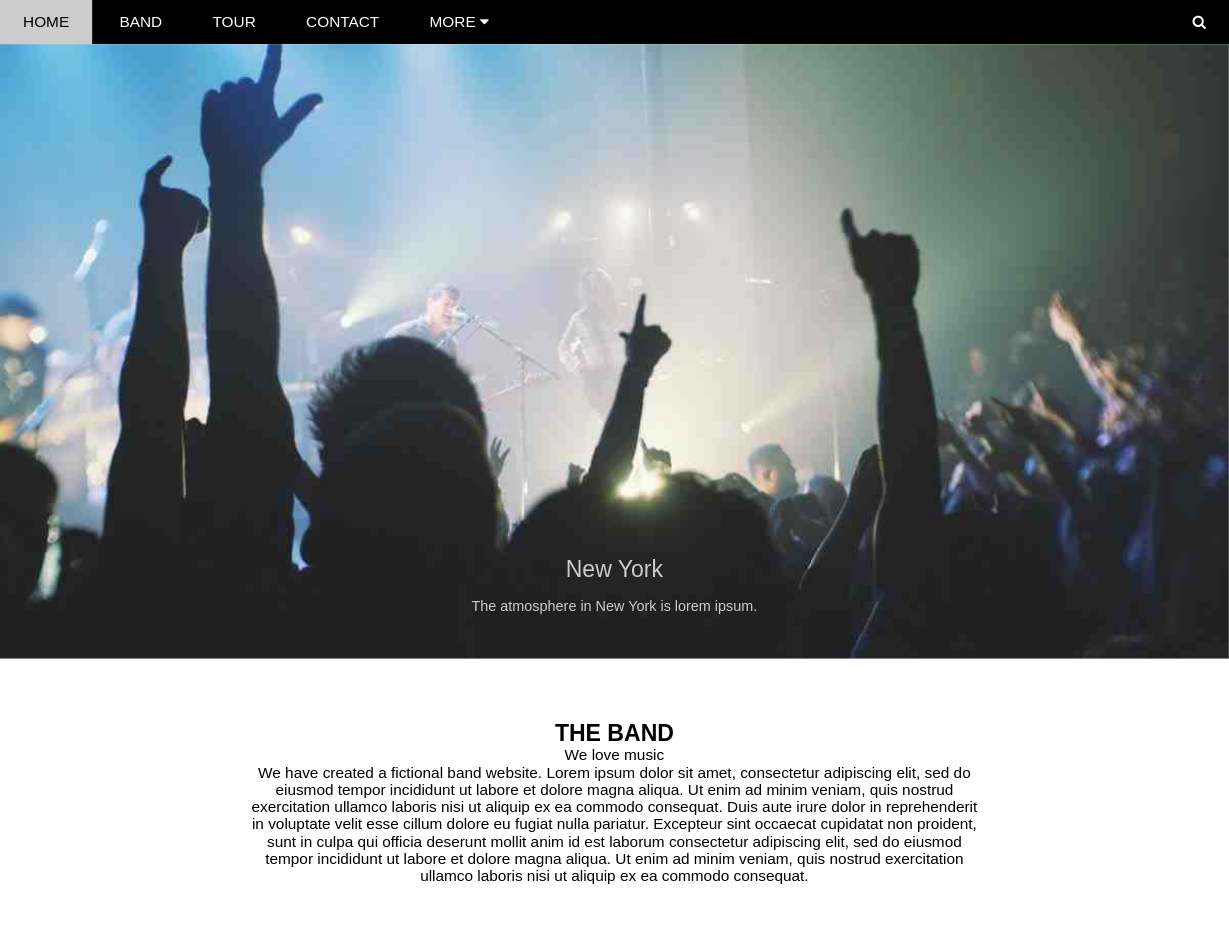
Repository: nguyenhoang2002062929/band
Page: index.html
An editor plug-in stored every save of this project. The page is shown before and after the next save, followed by the edit.
The browser window is 1280 px wide. The pictures show the whole page, at 96% of full size.

Above is the page before, as saved 2023-06-04 14:46:25.

After the next save:
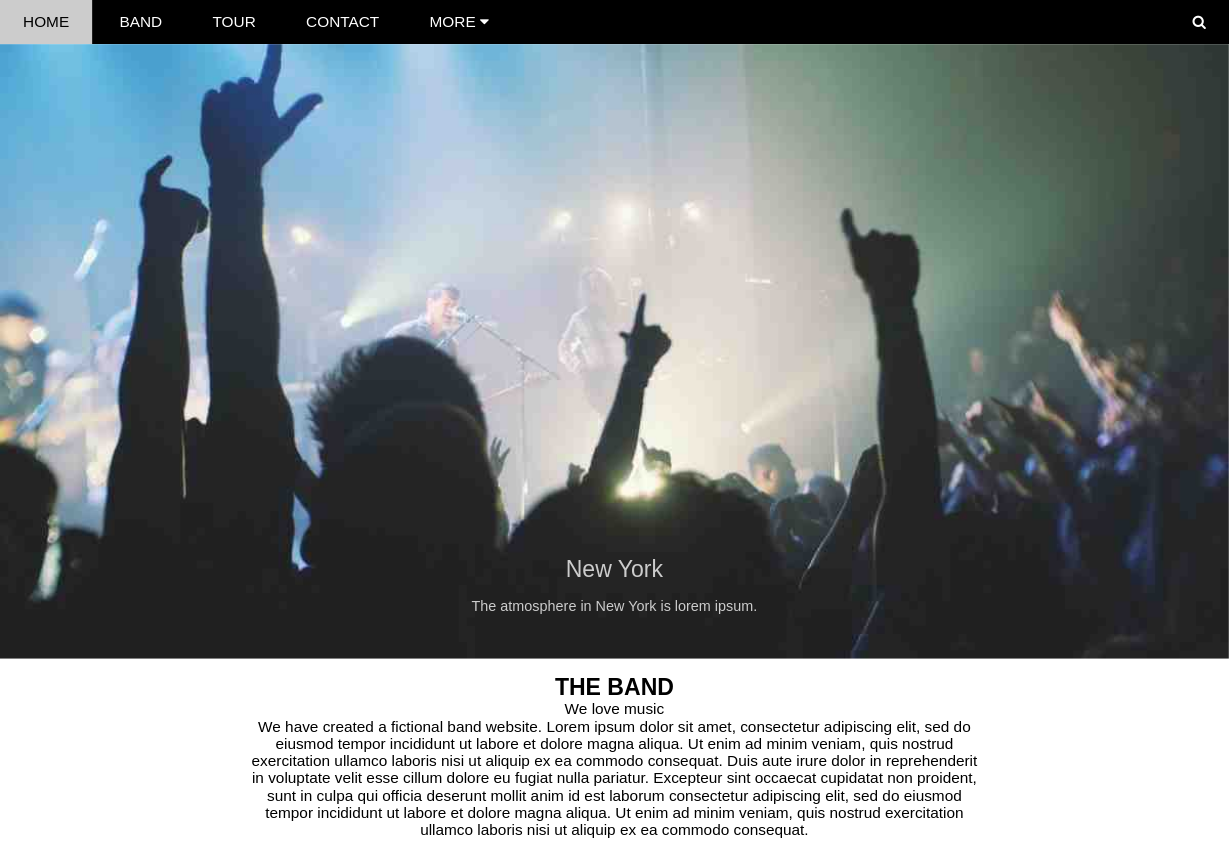
Saved 14 s later.
--- a/assets/css/style.css
+++ b/assets/css/style.css
@@ -96,7 +96,7 @@
     margin: 15px 0;
 }
 .about{
-    padding: 64px;
+    padding: 16px 64px;
 }
 .content-section{
     width: 768px;

After the save that followed:
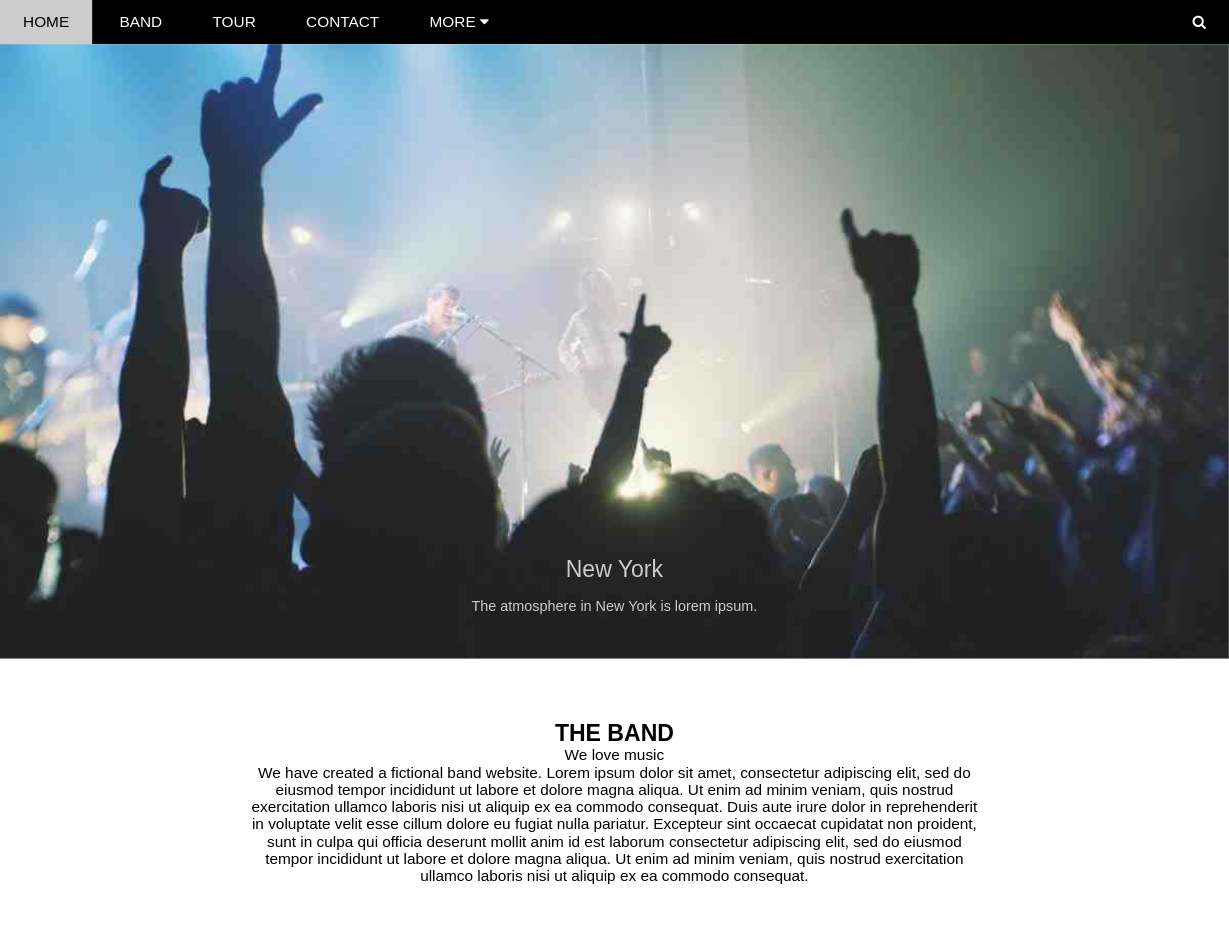
Saved 19 s later.
--- a/assets/css/style.css
+++ b/assets/css/style.css
@@ -96,7 +96,7 @@
     margin: 15px 0;
 }
 .about{
-    padding: 16px 64px;
+    padding: 64px 16px;
 }
 .content-section{
     width: 768px;
